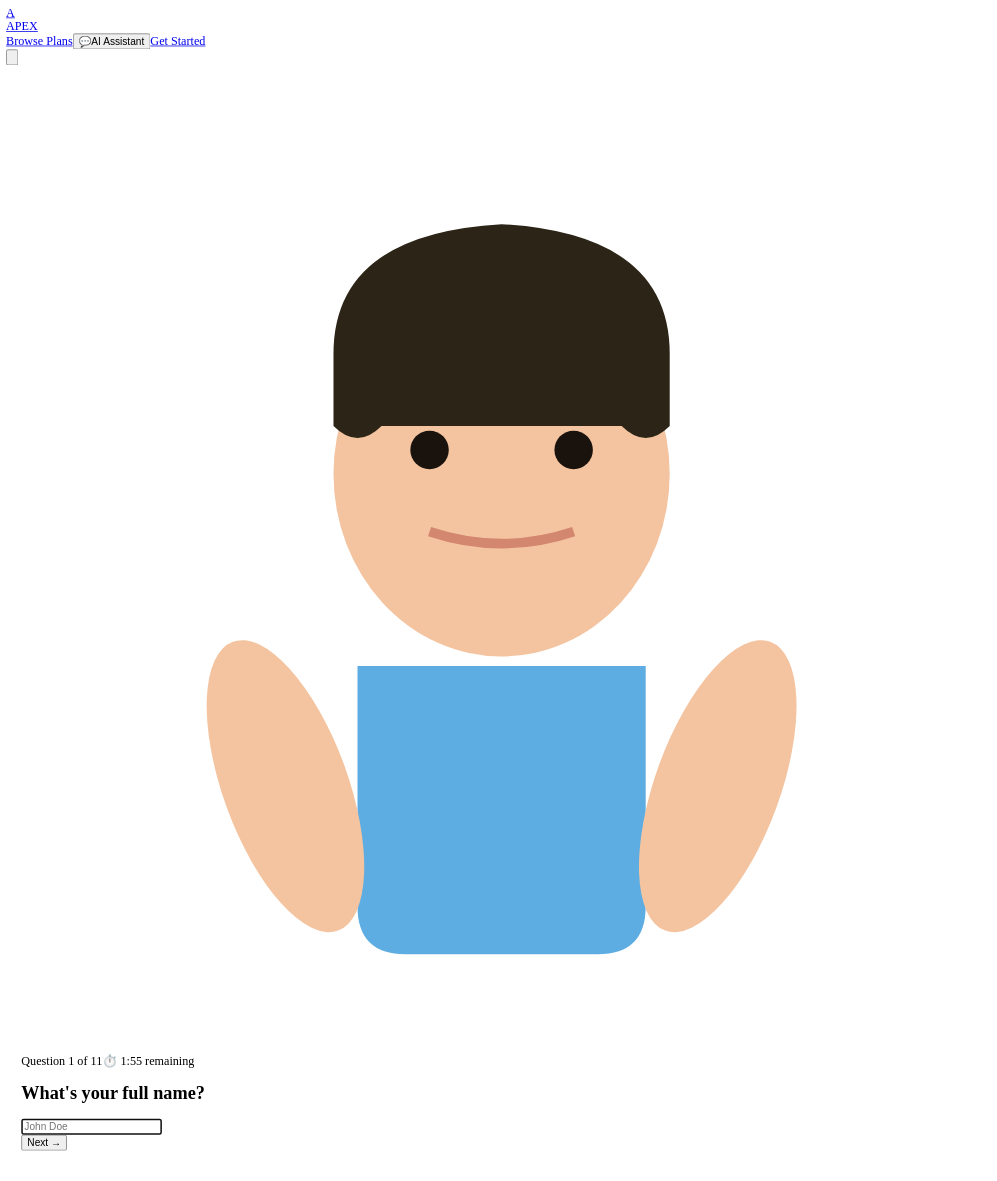
Repository: hmhhmm/Apex-AI-Driven-Insurance-Recommendation-System
Page: /onboarding/quick-assessment (app in client/)
These files come from the project's save history. The page is drawn as it stood at one moment and after the next save; the edit follows.
The browser window is 1280 px wide. The page is 1312 px wide, so the pictures cover 1312 px, including what lies to the right of the window. The pictures show the whole page, at 76% of full size.
The project was rebuilt for these pictures with package versions that can differ from the ones it lists, and the page was loaded fresh each time. Also part of the build but not shown: client/src/components/chat/ChatHeader.tsx, client/src/components/chat/ChatMessages.tsx, client/src/components/chat/QuickActions.tsx, client/src/components/chat/ChatInput.tsx, client/src/pages/Landing.tsx, client/src/pages/Dashboard.tsx, client/src/pages/Claims.tsx, client/src/store/cartStore.ts and 9 more.

Above is the page before, as saved 2025-11-01 18:31:06.

After the next save:
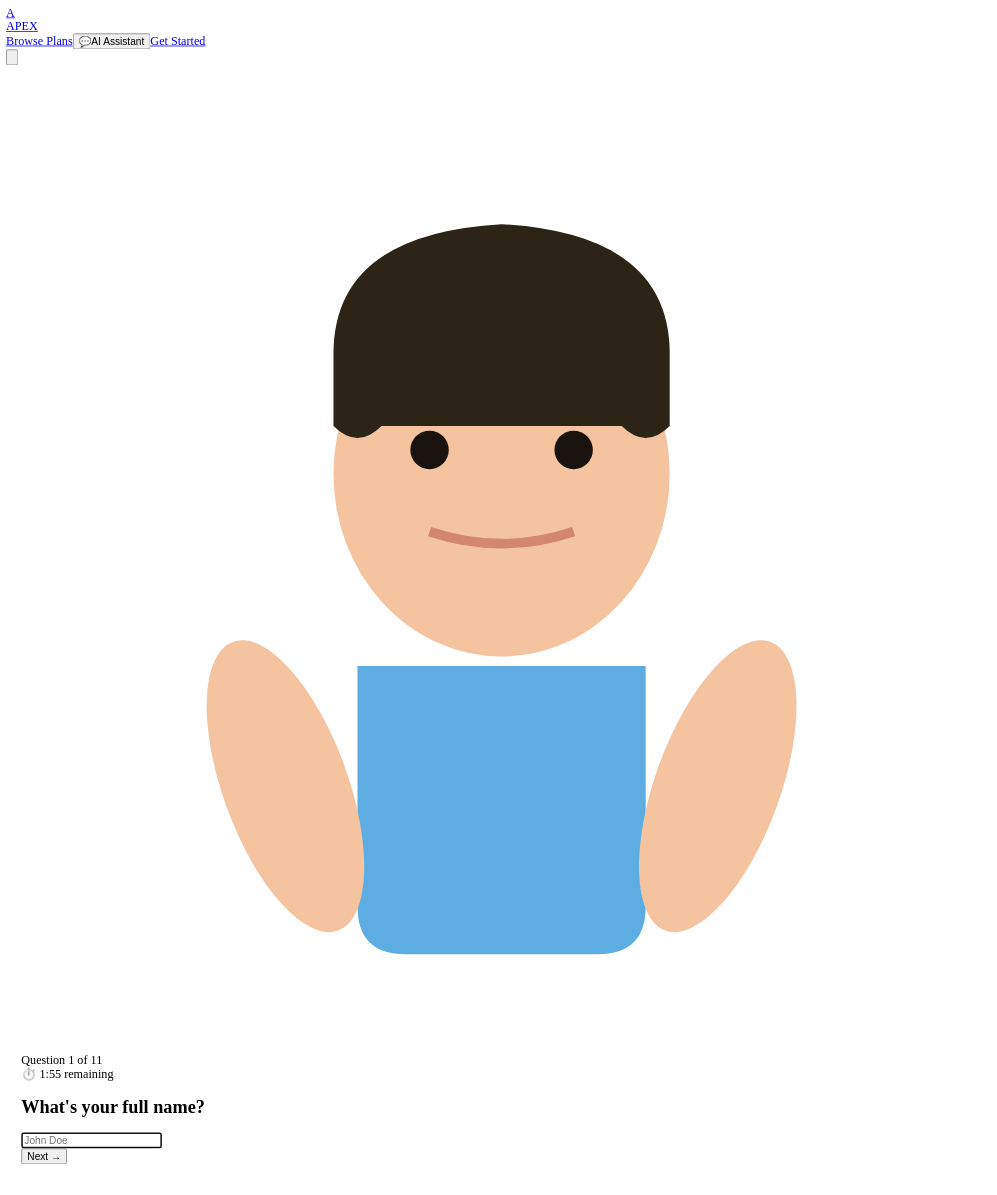
Saved 16 min 10 s later.
--- a/client/src/pages/onboarding/QuickAssessment.tsx
+++ b/client/src/pages/onboarding/QuickAssessment.tsx
@@ -180,12 +180,15 @@ export default function QuickAssessment() {
   }
 
   return (
-    <div className="min-h-screen bg-black flex flex-col">
-      {/* Header with Avatar */}
-      <div className="w-full py-6 px-4 border-b border-zinc-800">
-        <div className="max-w-4xl mx-auto flex items-center justify-between">
-          {/* Avatar (Small) */}
-          <div className="w-16 h-16">
+    <div className="min-h-screen bg-black flex flex-col items-center justify-center px-4 py-12">
+      <div className="w-full max-w-3xl">
+        {/* Avatar in Upper Middle */}
+        <motion.div
+          initial={{ opacity: 0, scale: 0.8 }}
+          animate={{ opacity: 1, scale: 1 }}
+          className="flex flex-col items-center mb-8"
+        >
+          <div className="w-24 h-24 mb-4">
             <svg viewBox="0 0 200 200" className="w-full h-full">
               {selectedGender === 'female' ? (
                 <>
@@ -217,17 +220,12 @@ export default function QuickAssessment() {
             </svg>
           </div>
 
-          {/* Progress */}
-          <div className="flex-1 mx-8">
-            <div className="flex items-center justify-between mb-2">
-              <span className="text-sm text-gray-400">
-                Question {currentStep + 1} of {totalSteps}
-              </span>
-              <span className="text-sm text-blue-400">
-                ⏱️ {formatTime(timeRemaining)} remaining
-              </span>
+          {/* Progress Info */}
+          <div className="text-center space-y-2 mb-4">
+            <div className="text-sm text-gray-400">
+              Question {currentStep + 1} of {totalSteps}
             </div>
-            <div className="w-full bg-zinc-900 rounded-full h-2">
+            <div className="w-64 bg-zinc-900 rounded-full h-2">
               <motion.div
                 className="bg-gradient-to-r from-blue-600 to-purple-600 h-2 rounded-full"
                 initial={{ width: 0 }}
@@ -235,13 +233,14 @@ export default function QuickAssessment() {
                 transition={{ duration: 0.5 }}
               />
             </div>
+            <div className="text-xs text-blue-400">
+              ⏱️ {formatTime(timeRemaining)} remaining
+            </div>
           </div>
-        </div>
-      </div>
-
-      {/* Question Area */}
-      <div className="flex-1 flex items-center justify-center px-4 py-12">
-        <div className="w-full max-w-2xl">
+        </motion.div>
+
+        {/* Question Card Below */}
+        <div className="w-full">
           <AnimatePresence mode="wait" custom={direction}>
             <motion.div
               key={currentStep}
